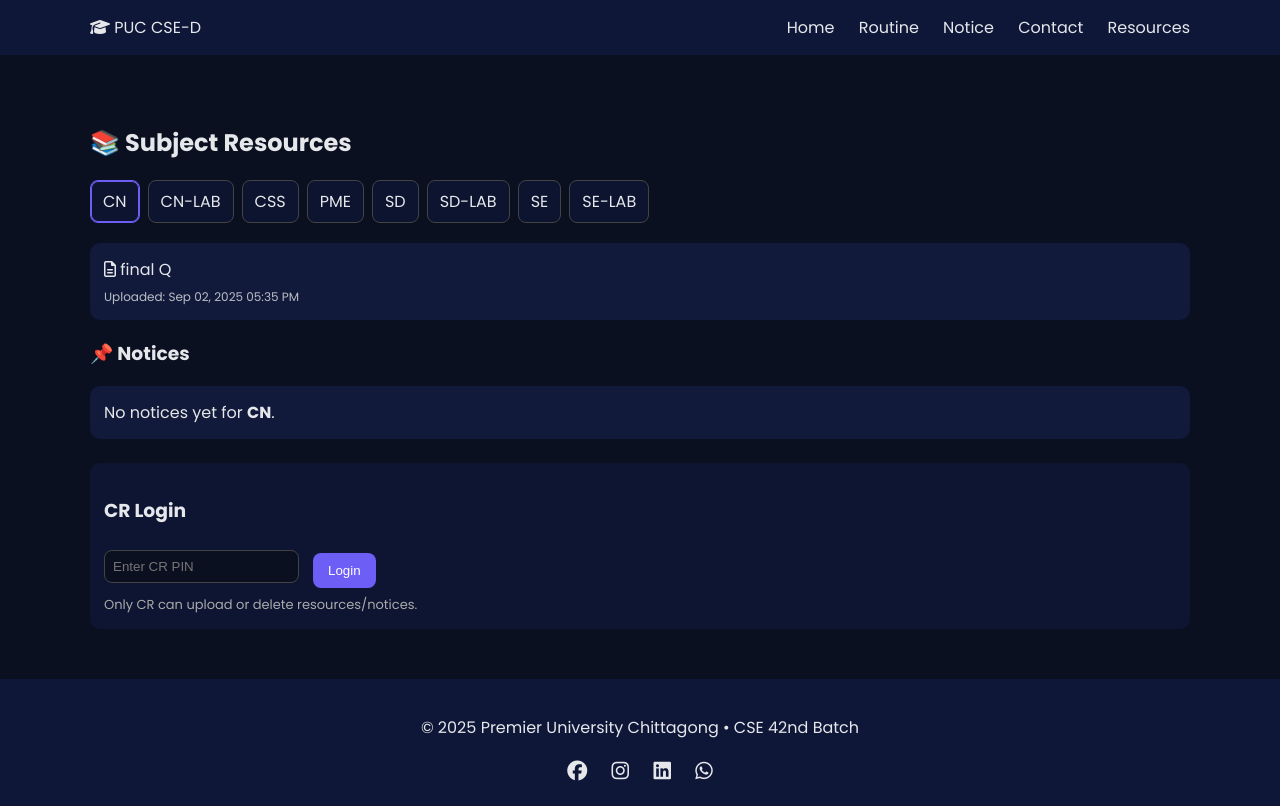
Repository: naimuddin1190/puc-class-management
Page: http://localhost/resources.php?subject=CN
The author's editor kept a copy of each file at every save. The page is drawn from the files as they stood at one save, then again after the next save.
The browser window is 1280 px wide. The pictures show the whole page.
The page is run by PHP 8.4 with error messages shown; the project is at /var/www/html/. The database holds what the project's SQL file puts in it. Queries for data that is not in the repository find no rows.

Above is the page before, as saved 2025-09-04 00:55:51.

After the next save:
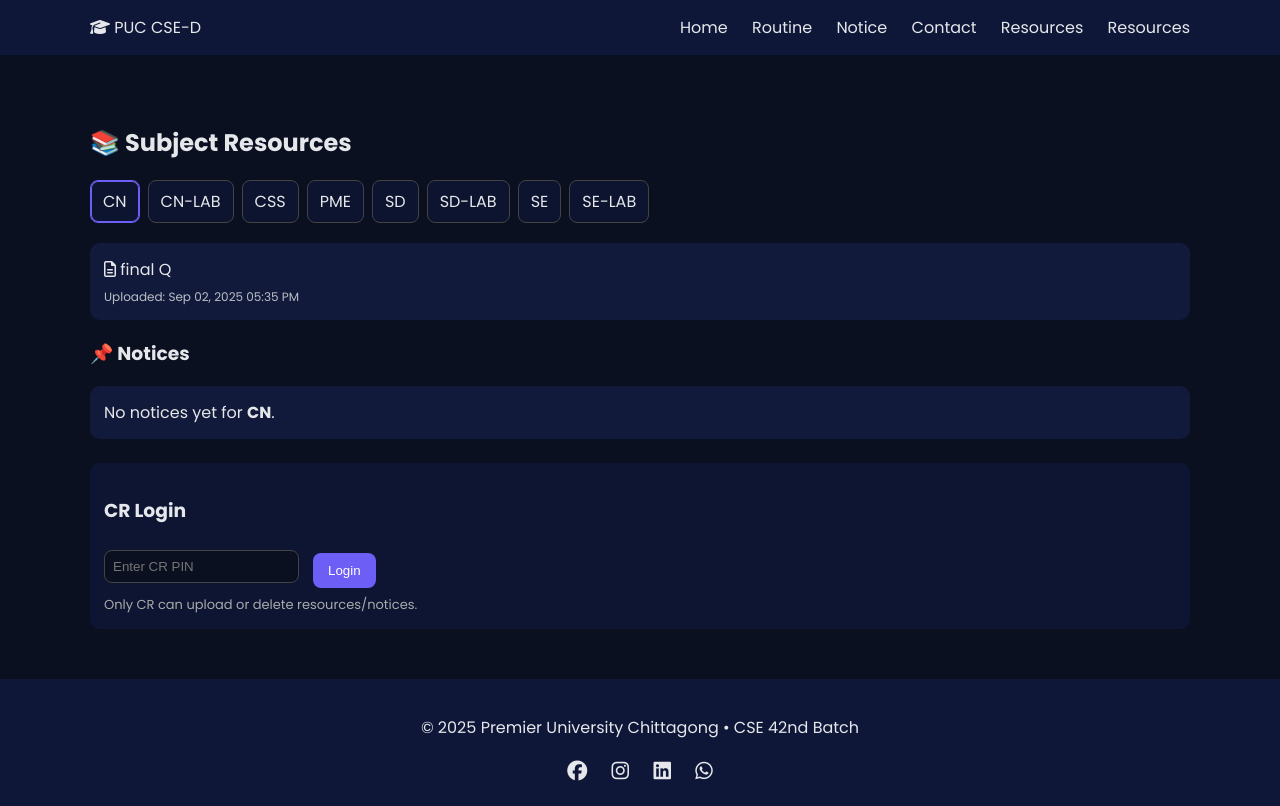
Saved 78 s later.
--- a/resources.php
+++ b/resources.php
@@ -119,6 +119,7 @@ mysqli_stmt_close($notice_stmt);
 <a href="index.html#notice">Notice</a>
 <a href="index.html#contact">Contact</a>
 <a href="resources.php" class="active">Resources</a>
+<a href="resources.php" class="active">Resources</a>
 </div>
 </div>
 </nav>
